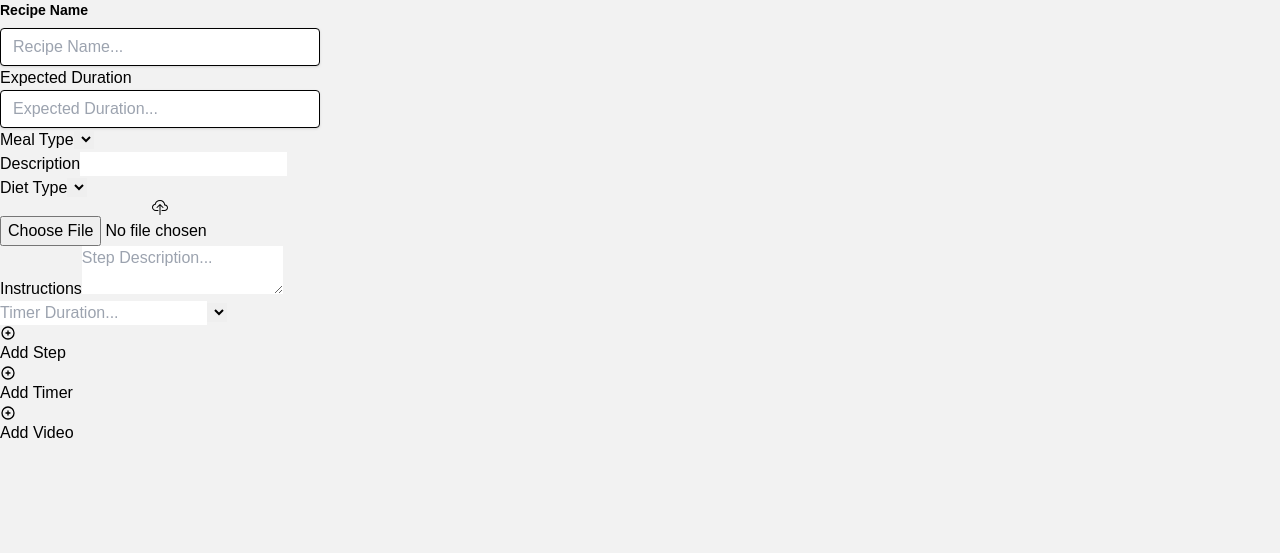
Repository: stvnsok/-capstone-project-3900-w18a-terraluna
Page: /new_recipe (app in frontend/)
The author's editor kept a copy of each file at every save. The page is drawn from the files as they stood at one save, then again after the next save.
The browser window is 1280 px wide. The pictures show the whole page.
The project was rebuilt for these pictures with package versions that can differ from the ones it lists, and the page was loaded fresh each time. Also part of the build but not shown: frontend/src/services/auth.service.ts, frontend/src/api.ts, frontend/src/services/recipeContributor.service.ts, frontend/src/components/global/Modal.tsx, frontend/src/components/global/TextInput.tsx, frontend/src/components/Auth/helperFunctions.ts, frontend/src/components/Auth/ChangeEmailForm.tsx, frontend/src/components/Auth/ChangePasswordForm.tsx and 10 more.

Above is the page before, as saved 2022-07-19 21:34:34.

After the next save:
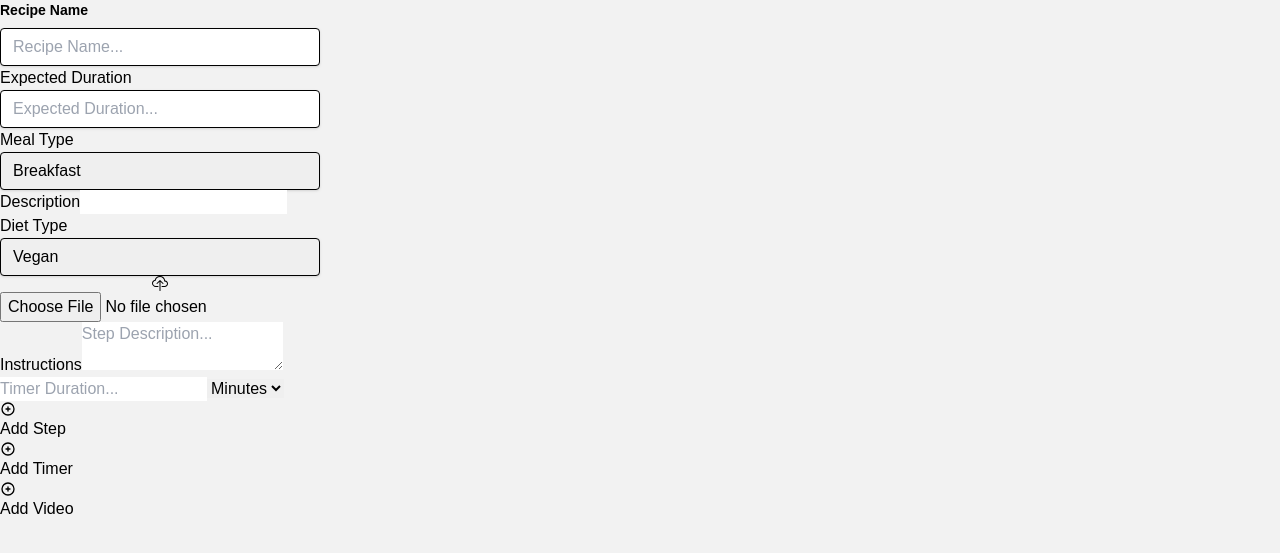
Saved 6 min 22 s later.
--- a/frontend/src/components/NewRecipe/CreateRecipeCard.tsx
+++ b/frontend/src/components/NewRecipe/CreateRecipeCard.tsx
@@ -1,7 +1,7 @@
 import React, { useState, useEffect } from 'react';
 import { BsCloudUpload } from 'react-icons/bs';
 import { HiOutlinePlusCircle } from 'react-icons/hi';
-import { useForm, UseFormRegisterReturn } from 'react-hook-form'
+import { useForm } from 'react-hook-form'
 import Button from '../global/Button';
 
 type recipeForm = {
@@ -18,19 +18,6 @@ type recipeForm = {
     recipeVideo_url: string;
 }
 
-type Option = {
-    value: string | string[] | number;
-};
-
-type SelectProps = UseFormRegisterReturn & { options: Option[] };
-
-const Select = ({ options, ...props }: SelectProps) => (
-    <select {...props}>
-        {options.map(({ value }) => (
-        <option value={value}></option>
-        ))}
-    </select>
-);
 
 export default function CreateRecipe () {
 
@@ -78,34 +65,36 @@ export default function CreateRecipe () {
                 </div>
                 <div>
                     <label htmlFor = 'mealType'> Meal Type</label>
-                    <Select
+                    <select
                         {...register('mealType')}
-                        options={[
-                            { value: 'breakfast' },
-                            { value: 'lunch' },
-                            { value: 'dinner' },
-                            { value: 'snack' },
-                        ]}
-
-                />
+                        placeholder = 'Meal Type...'
+                        className = 'shadow appearance-none border rounded w-full py-2 px-3 text-gray-700 leading-tight focus:outline-none focus:shadow-lg'
+                    >
+                        <option value = 'breakfast'>Breakfast</option>
+                        <option value = 'lunch'>Lunch</option>
+                        <option value = 'dinner'>Dinner</option>
+                        <option value = 'snack'>Snack</option>
+                    </select>
                 </div>
                 <div>
                     <label htmlFor = 'description'> Description</label>
                     <input {...register('description')}/>
+
                 </div>
                 <div>
                     <label htmlFor = 'dietType'> Diet Type</label>
-                    <Select
+                    <select
                         {...register('dietType')}
-                        options={[
-                            { value: 'vegan'},
-                            { value: 'vegetarian'},
-                            { value: 'gluten-free'},
-                            { value: 'dairy-free'},
-                            { value: 'nut-free'},
-                            { value: 'Halal'},
-                        ]}
-                    />
+                        className = 'shadow appearance-none border rounded w-full py-2 px-3 text-gray-700 leading-tight focus:outline-none focus:shadow-lg'
+                    >
+                        <option value = 'vegan'>Vegan</option>
+                        <option value = 'vegetarian'>Vegetarian</option>
+                        <option value = 'gluten-free'>Gluten-Free</option>
+                        <option value = 'dairy-free'>Dairy-Free</option>
+                        <option value = 'nut-free'>Nut-Free</option>
+                        <option value = 'Halal'>Halal</option>
+
+                    </select>
                 </div>
                 <div className = 'mborder border-dashed border-tl-active-green '>
                     {preview ? <img src = {preview} alt = 'recipe'/>
@@ -144,13 +133,13 @@ export default function CreateRecipe () {
                         {...register('timerDuration')}
                         placeholder = 'Timer Duration...'
                     />
-                    <Select
+                    <select
+                        placeholder='Timer Units'
                         {...register('timerUnits')}
-                        options={[
-                            { value: 'minute'},
-                            { value: 'hour'},
-                        ]}
-                    />
+                    >
+                        <option value = 'minutes'>Minutes</option>
+                        <option value = 'hours'>Hours</option>
+                    </select>
                     <HiOutlinePlusCircle
                         onClick = {() => {
                             console.log('Todo:add step');
